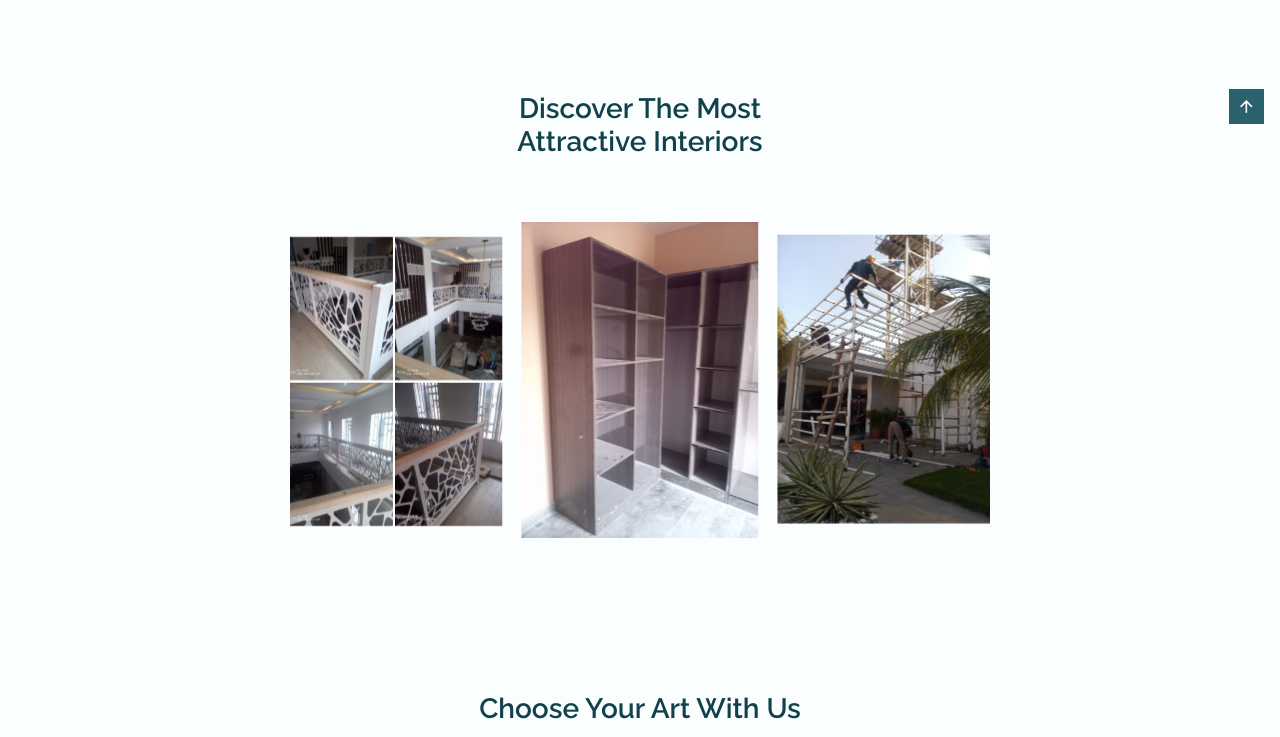
Repository: uche-hub/ARTBIT-WEB
Page: index.html
An editor plug-in stored every save of this project. The page is shown before and after the next save, followed by the edit.
The browser window is 1280 px wide. The pictures show the part of the page from y = 740 to 1477 px (the page is 2657 px tall).
A picture or video elsewhere on the page could not be fetched, so the positions and the page height are approximate. Some web libraries are served in a nearby version.

Above is the page before, as saved 2021-11-15 20:18:08.
Console error: TypeError: Cannot read properties of null (reading 'classList')

After the next save:
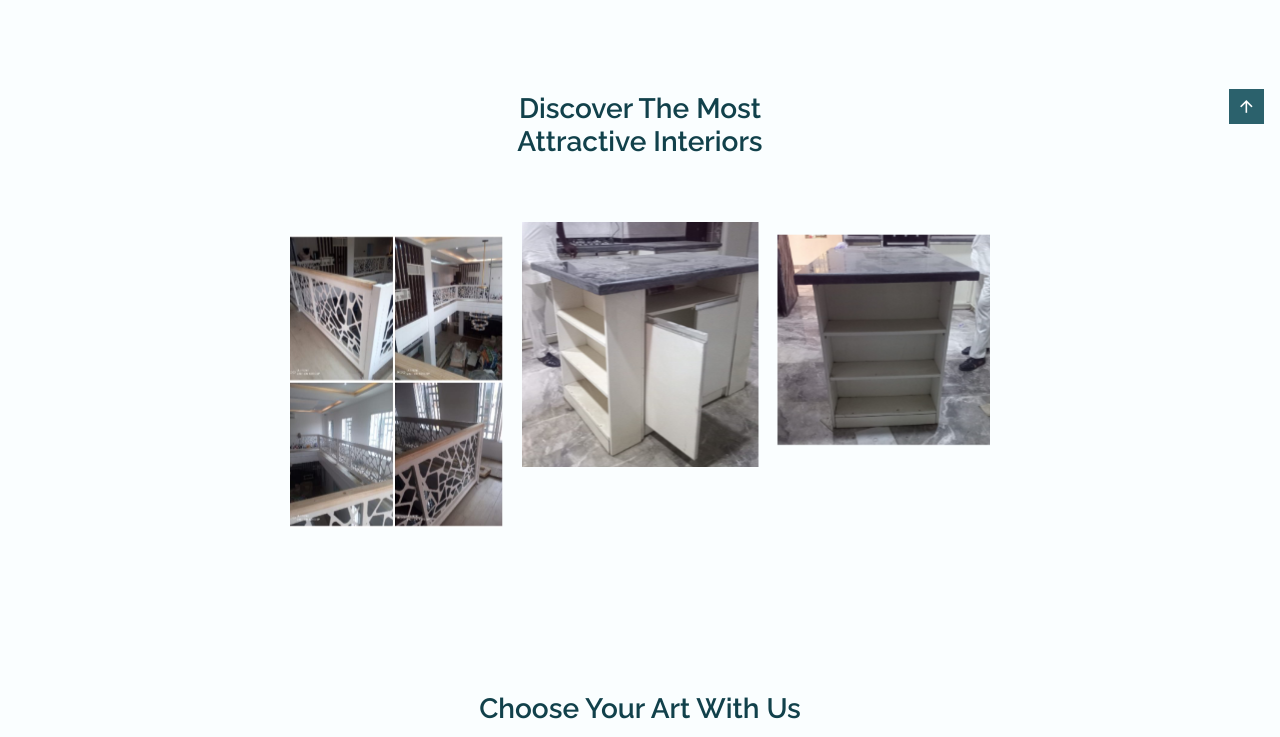
Saved 5 s later.
--- a/index.html
+++ b/index.html
@@ -105,6 +105,18 @@
 
                 <div class="discover__container container swiper-container">
                     <div class="swiper-wrapper">
+                        <!--==================== DISCOVER 1 ====================-->
+
+                        <!--==================== DISCOVER 2 ====================-->
+                        <div class="discover__card swiper-slide">
+                            <img src="assets/img/i2.jpeg" alt="" class="discover__img">
+                        </div>
+
+                        <!--==================== DISCOVER 3 ====================-->
+                        <div class="discover__card swiper-slide">
+                            <img src="assets/img/i3.jpeg" alt="" class="discover__img">
+                        </div>
+
                         <!--==================== DISCOVER 4 ====================-->
                         <div class="discover__card swiper-slide">
                             <img src="assets/img/i4.jpeg" alt="" class="discover__img">
